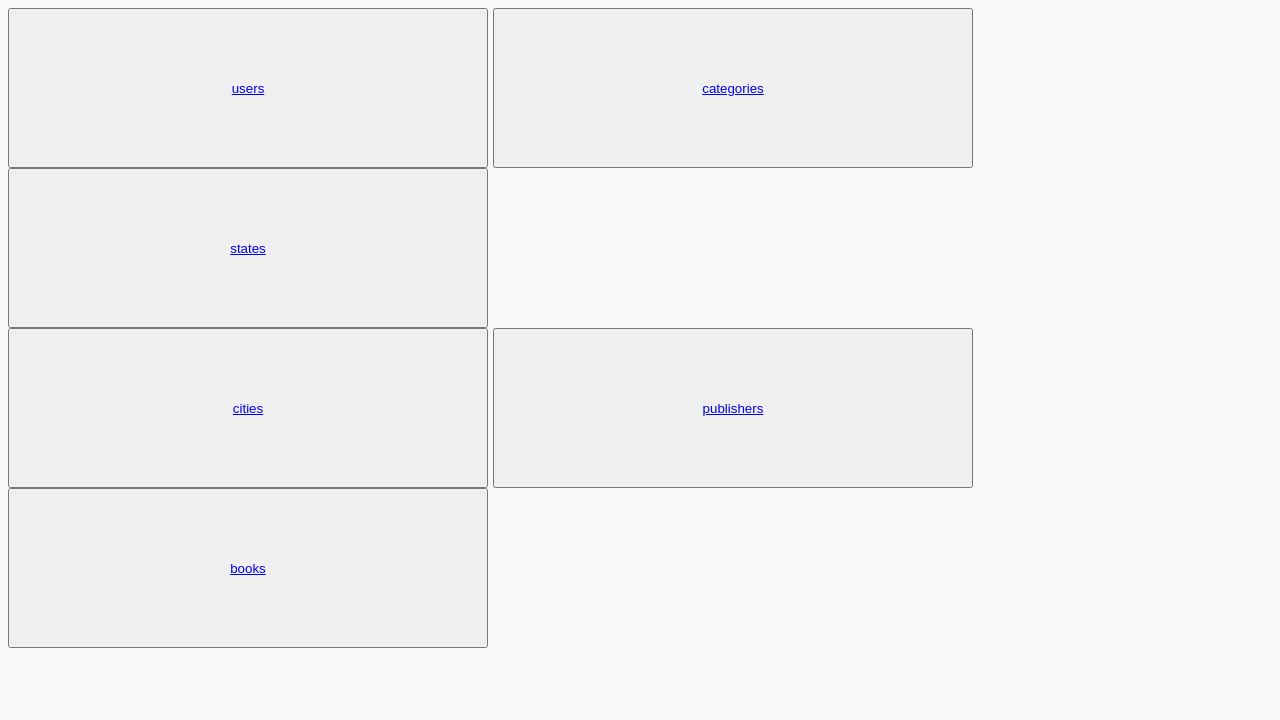
Repository: fontanive12/Biblioteca
Page: front/paginaInicial.html
The author's editor kept a copy of each file at every save. The page is drawn from the files as they stood at one save, then again after the next save.
The browser window is 1280 px wide. The pictures show the whole page.

Above is the page before, as saved 2022-09-05 17:20:40.

### front/paginaInicial.html
<!DOCTYPE html>
<html lang="en">

<head>
    <meta charset="UTF-8">
    <meta http-equiv="X-UA-Compatible" content="IE=edge">
    <meta name="viewport" content="width=device-width, initial-scale=1.0">
    <link rel="stylesheet" href="styles.css">

    <title>Initial page</title>
</head>

<body>
    <div class="containerButtons">
        <button class="buttonMenu"><a href="users.html" class="users">users</a></button>
        <button class="buttonMenu"><a href="categories.html" class="categories">categories</a></button>
        <button class="buttonMenu"><a href="states.html" class="states">states</a></button>
    </div>
    <div class="containerButtons">
        <button class="buttonMenu"><a href="cities.html" class="states">cities</a></button>
        <button class="buttonMenu"><a href="publishers.html" class="states">publishers</a></button>
        <button class="buttonMenu"><a href="books.html" class="states">books</a></button>
    </div>
</body>

</html>

### front/styles.css
.bg-mynav {
  background-color: #49baef;
}

body {
  font-size: 1.25rem;
  background-color: #f6f8fa;
}

td {
  line-height: 3rem;
}

.containerButtons {
  max-width: 100rem;
  /* margin: 1rem; */
  padding: auto;
}

.buttonMenu {
  width: 30rem;
  height: 10rem;

}

After the next save:
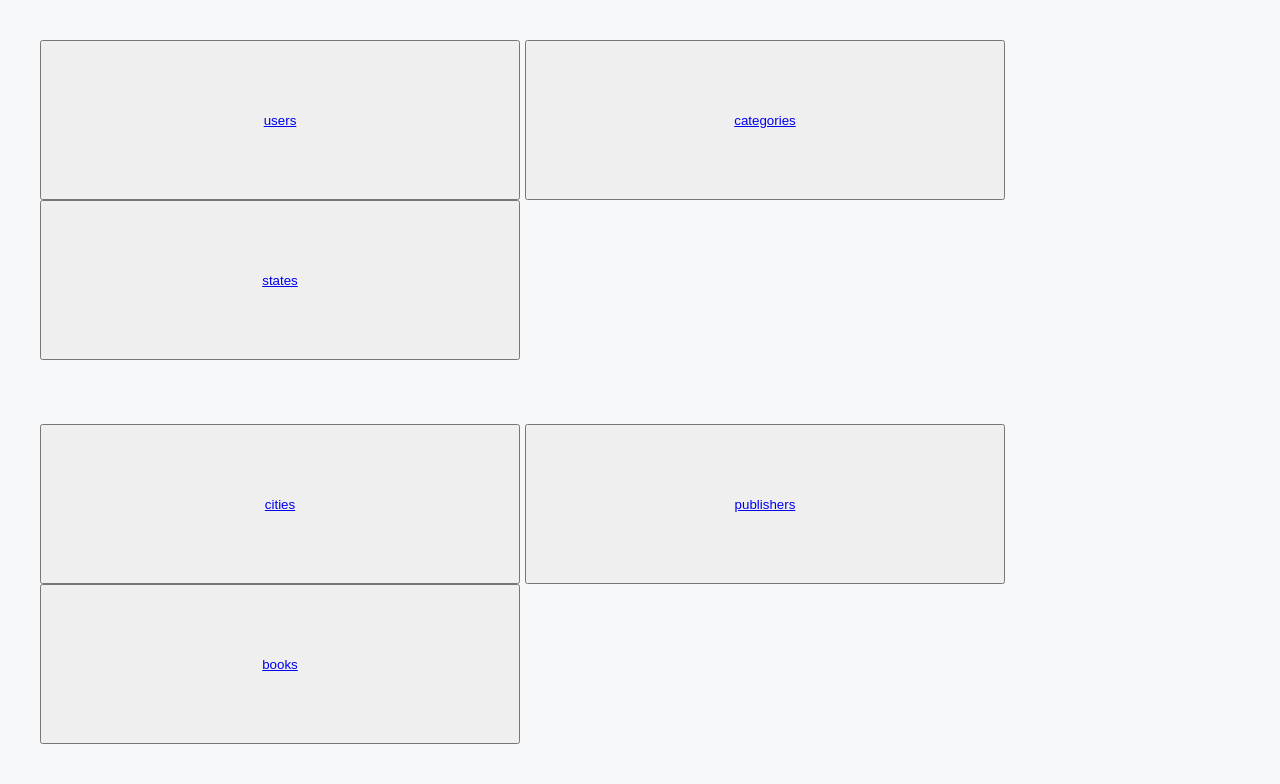
Saved 8 s later.
--- a/front/styles.css
+++ b/front/styles.css
@@ -14,7 +14,7 @@ td {
 .containerButtons {
   max-width: 100rem;
   /* margin: 1rem; */
-  padding: auto;
+  padding: 2rem;
 }
 
 .buttonMenu {
